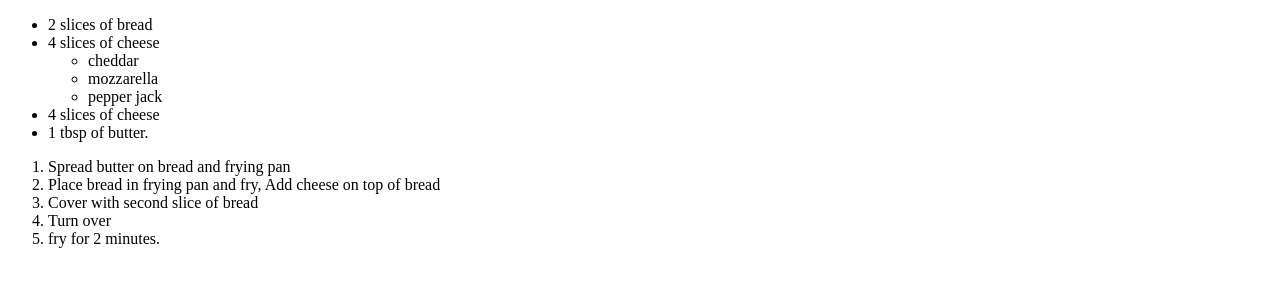
Repository: NthigaDenis/example-repository
Page: phase-0-html-lists-lab/index.html
The author's editor kept a copy of each file at every save. The page is drawn from the files as they stood at one save, then again after the next save.
The browser window is 1280 px wide. The pictures show the whole page.

Above is the page before, as saved 2022-08-01 08:46:40.

### phase-0-html-lists-lab/index.html
<!DOCTYPE html>
<html lang="en">

<head>
  <title>Lists Lab</title>
</head>

<body>
  <ul>
    <li>
      2 slices of bread</li>
    <li <li>
      4 slices of cheese

      <ul>
        <li>cheddar</li>
        <li>mozzarella</li>
        <li>pepper jack</li>


      </ul>

    <li>4 slices of cheese</li>
    <li> 1 tbsp of butter.</li>
  </ul>
  <ol>
    <li>Spread butter on bread and frying pan</li>
    <li> Place bread in frying pan and fry, Add cheese on top of bread</li>
    <li>Cover with second slice of bread</li>
    <li> Turn over </li>
    <li>fry for 2 minutes.</li>
  </ol>
</body>

</html>

After the next save:
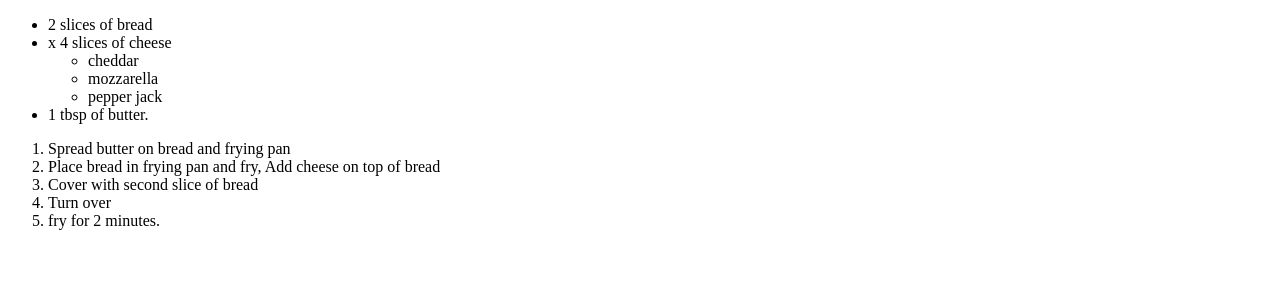
Saved 4 min 2 s later.
--- a/phase-0-html-lists-lab/index.html
+++ b/phase-0-html-lists-lab/index.html
@@ -7,20 +7,18 @@
 
 <body>
   <ul>
-    <li>
-      2 slices of bread</li>
-    <li <li>
-      4 slices of cheese
+    <li>2 slices of bread</li>
+    <li>x 4 slices of cheese</li>
 
-      <ul>
-        <li>cheddar</li>
-        <li>mozzarella</li>
-        <li>pepper jack</li>
+    <ul>
+      <li>cheddar</li>
+      <li>mozzarella</li>
+      <li>pepper jack</li>
 
 
-      </ul>
+    </ul>
 
-    <li>4 slices of cheese</li>
+
     <li> 1 tbsp of butter.</li>
   </ul>
   <ol>
